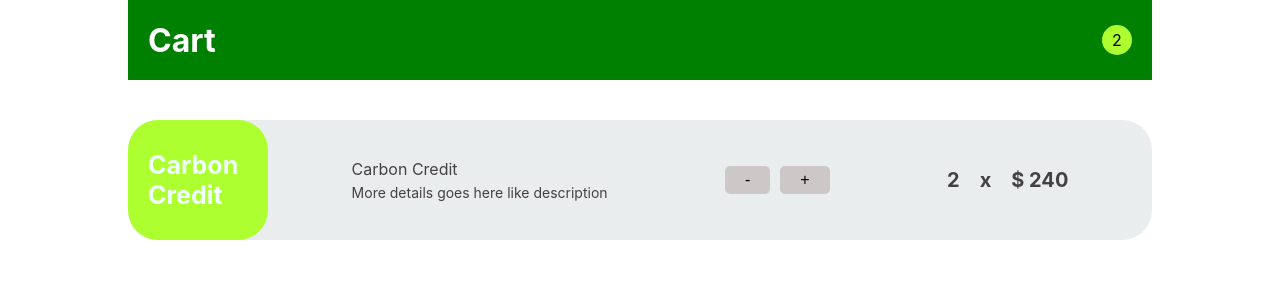
Repository: Yowani24/CarbonApp
Page: /cart
An editor plug-in stored every save of this project. The page is shown before and after a run of saves, followed by the edit.
The browser window is 1280 px wide. The pictures show the whole page.
The project was rebuilt for these pictures with package versions that can differ from the ones it lists, and the page was loaded fresh each time. The framework's server and built-in components were replaced by stand-ins that run in the browser. Also part of the build but not shown: next.config.js.

Above is the page before, as saved 2021-09-26 20:57:10.

After the next 2 saves:
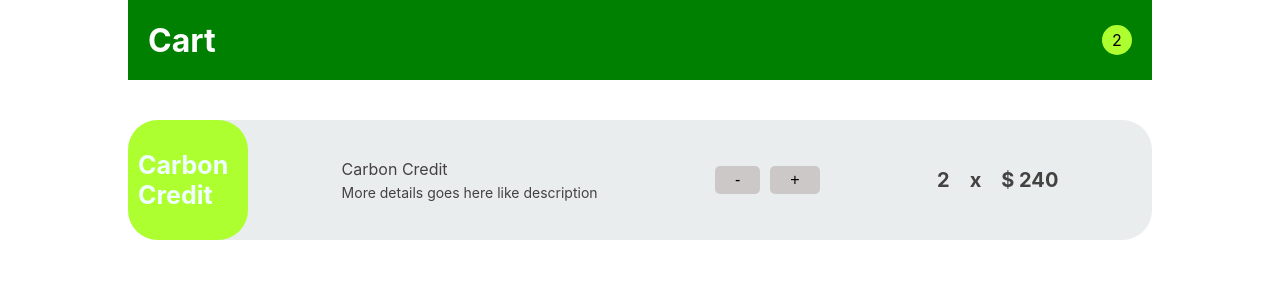
The 2 saves are shown as one change because they came seconds apart.
The last was saved 7 s later.
--- a/pages/cart/Cart.module.css
+++ b/pages/cart/Cart.module.css
@@ -37,7 +37,7 @@
     align-items:center;
 }
 .box{
-    width: 140px;
+    width: 120px;
     background: greenyellow;
     height: 100%;
     border-radius: 30px;
